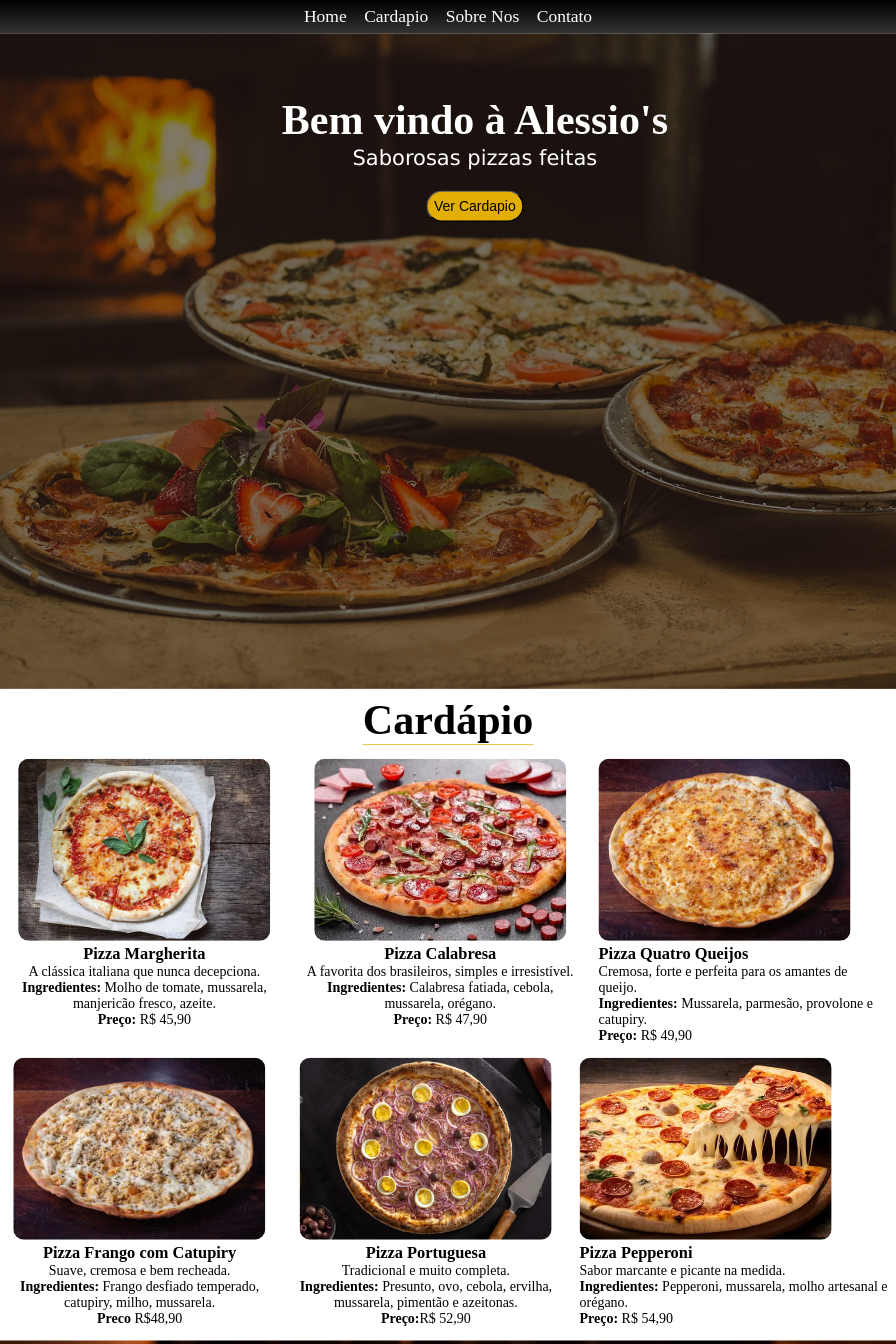
Repository: Mateushlp/landing-page-pizza
Page: index.html
These files come from the project's save history. The page is drawn as it stood at one moment and after a run of saves; the edit follows.
The browser window is 1280 px wide. The pictures show the part of the page from y = 0 to 1920 px (the page is 2788 px tall), at 70% of full size.

Above is the page before, as saved 2026-05-03 10:42:21.

### index.html
<!DOCTYPE html>
<html lang="en">
<head>
    <meta charset="UTF-8">
    <meta name="viewport" content="width=device-width, initial-scale=1.0">
    <link rel="stylesheet" href="style.css">
    <title>Document</title>
</head>
<body>
    <header>
        <nav>
            <ul>
                <li> <a href="http://"> Home</li></a>
                <li> <a href="http://">Cardapio</li></a>
                <li> <a href="http://">Sobre Nos</li></a>
                <li> <a href="http://">Contato</li></a>
            </ul>
        </nav>
    </header>

    <section class="inicio">
        <div class="texto">
        <h1>Bem vindo à Alessio's</h1>
        <p>Saborosas pizzas feitas </p>
        <button class="btn1">Ver Cardapio</button>
        </div>
    </section>

    <section class="cardapio">
        <h2 class="cardapio1">Cardápio</h2>
    </section>

    <div class="prato">
        <div class="pratos1">
            <img src="./img/margherita-pizza.jpg" alt="">
            <h3>Pizza Margherita</h3>
            <p> A clássica italiana que nunca decepciona. <br>
          <strong>Ingredientes:</strong>  Molho de tomate, mussarela, manjericão fresco, azeite. <br>
        <strong>Preço:</strong> R$ 45,90
    </p>
        </div>
            <div class="pratos2">
                <img src="./img/3140217-pizza-calabresa.jpg" alt="">
                <h3>Pizza Calabresa</h3>
                <p>A favorita dos brasileiros, simples e irresistível. <br>
                <strong>Ingredientes:</strong> Calabresa fatiada, cebola, mussarela, orégano. <br>
                    <strong>Preço:</strong> R$ 47,90
            </p>
            </div>
                <div class="pratos3">
                    <img src="./img/Quatro-Queijos.jpg" alt="">
                    <h3>Pizza Quatro Queijos</h3>
                    <p>Cremosa, forte e perfeita para os amantes de queijo. <br>
                    <strong>Ingredientes:</strong>  Mussarela, parmesão, provolone e catupiry. <br>
                        <strong>Preço: </strong>R$ 49,90
                </p>
                </div>
                </div>

                <div class="prato2">
                <div class="pratos1">
                    <img src="./img/Frango-com-Catupiry-2.jpg" alt="">
                    <h3>Pizza Frango com Catupiry</h3>
                    <p>Suave, cremosa e bem recheada. <br>
                   <strong>Ingredientes:</strong> Frango desfiado temperado, catupiry, milho, mussarela. <br>
                   <strong>Preco </strong> R$48,90
                </p>
                </div>
                <div class="pratos2">
                    <img src="./img/pizza-portuguesa.jpg" alt="">
                    <h3>Pizza Portuguesa</h3>
                    <p>Tradicional e muito completa. <br>
                   <strong>Ingredientes:</strong>  Presunto, ovo, cebola, ervilha, mussarela, pimentão e azeitonas. <br>
                    <strong>Preço:</strong>R$ 52,90
                </p>
                </div>
                <div class="pratos3">
                    <img src="./img/the-pepperoni-pizza-and-a-piece-of-streched-cheese-pizza-with-ai-generated-free-photo.jpg" alt="">
                    <h3>Pizza Pepperoni</h3>
                    <p>Sabor marcante e picante na medida. <br>
                  <strong>Ingredientes:</strong>   Pepperoni, mussarela, molho artesanal e orégano. <br>
                <strong>Preço:</strong> R$ 54,90</p>

                </div>
                </div>
                </div>




    <section class="sobre">
        <div class="sobre1">
        <h2>Sobre nos</h2>
        <p>Nossa pizzaria e dedicada a criar as melhores pizzas do mundo com ingrendientes frescos e receitas exclusivas</p>
    </div>
    </section>

<section id="contato" class="contato">
    <h2>Contato</h2>

    <div class="contato-info">
        <div class="box">
            <h3>Telefone</h3>
            <p>(35) 99744-0140</p>
        </div>

        <div class="box">
            <h3>Endereço</h3>
            <p>Rua Tal Tal, Nº 123 , Centro , Lavras/MG</p>
        </div>

        <div class="box">
            <h3>Email</h3>
            <p>mateus@gmail.com</p>
        </div>
            <div class="box">
                <h3>Hórario de Funcionamento</h3>
                <p>Segunda a Sábado 11h00 às 23h00 - Domingo: 16h00 às 23H00</p>
            </div>
    </div>
</section>
        <div class="pedir">
        <button class="btn2">Peca Agora Mesmo!</button>
        </div>


    <footer>
        <h2>&copy; 2025 Alessio's Pizzaria</h2>
    </footer>

</body>
</html>

### style.css
*{
    margin:0;
    padding: 0;
    box-sizing: border-box;
}

nav ul {
    display: flex;
    gap: 25px;
    list-style: none;
    justify-content: center;
    font-size: 25px;
    padding: 10px;
     background: linear-gradient(to bottom, rgb(00, 0, 0), rgba(0,0,0,0.8));
}

nav ul a{
    text-decoration: none;
    color: #fff;
    margin-top: 10px;
}

nav ul a:hover{
    border-radius: 20px;
    background-color: black;
    color: #af8600;
}

.inicio{
     background:
        linear-gradient(rgba(0,0,0,0.5), rgba(0,0,0,0.5)),
        url(./img/background-meio.jpg);
    background-size: cover;
    background-position: center;
    height: 130vh;
}

.texto{
    display: flex;
    flex-direction: column;
    align-items: center;
    color: #fff;
    padding-top: 7%;
    padding-left: 6%;
    font-size: 40px;
}
.texto p{
    font-family: 'Lucida Sans', 'Lucida Sans Regular', 'Lucida Grande', 'Lucida Sans Unicode', Geneva, Verdana, sans-serif;
    font-size: 30px;

}
.btn1{
 background-color: #e2ae01;
 border-radius: 30px;
 font-size: 20px;
 margin-top: 30px;
 padding: 9px;
 cursor:pointer;
}
.cardapio{
    text-align: center;
    padding: 10px;
    font-size: 40px;
}
.cardapio1{
    display: inline-block;
    border-bottom: 1px solid #e2ae01;
}
.prato{
    margin: 10px;
    display: flex;
    gap: 30px;
    font-size: 20px;
    margin-bottom: 20px;
}

.prato2{
    margin: 10px;
    display: flex;
    gap: 30px;
    font-size: 20px;
    margin-bottom: 20px;
}


.prato img,
.prato2 img {
    width: 50vh;
    height: 260px;
    object-fit: cover;
    border-radius: 15px;
}
.pratos1,
.pratos2 {
    width: 35%;
    text-align: center;
}

.sobre{
    background-image: url(./img/background.jpg);
    background-size: cover;
    background-position: center;
    height: 50vh;
}
.sobre1{
    display: flex;
    align-items: center;
    padding-top: 40px;
    font-size: 30px;
    flex-direction: column;
    color: #fff;
}
.sobre1 p{
    font-size: 20px;
}

.contato {
    padding: 50px 0;
    text-align: center;
}

.contato-info {
    display: flex;
    justify-content: center;
    gap: 60px;
    margin-top: 20px;
    flex-wrap: wrap;
}

.contato-info .box {

    padding: 20px 30px;
    border-radius: 15px;

}

.contato-info h3 {
    font-size: 24px;
    color: #af8600;
}

.contato-info p {
    font-size: 18px;
    color: #000;
}

.pedir{
    display: flex;
    justify-content: center;
    align-items: center;
    text-align: center;
}
.btn2{
     background-color: #e2ae01;
 border-radius: 30px;
 font-size: 20px;
 margin-bottom: 20px;
 padding: 9px;
 cursor:pointer;

}
footer{
      background-color: #1a1a1a;
      color: #d4af37;
  text-align: center;
  padding: 20px;
  font-size: 14px;
}

After the next 3 saves:
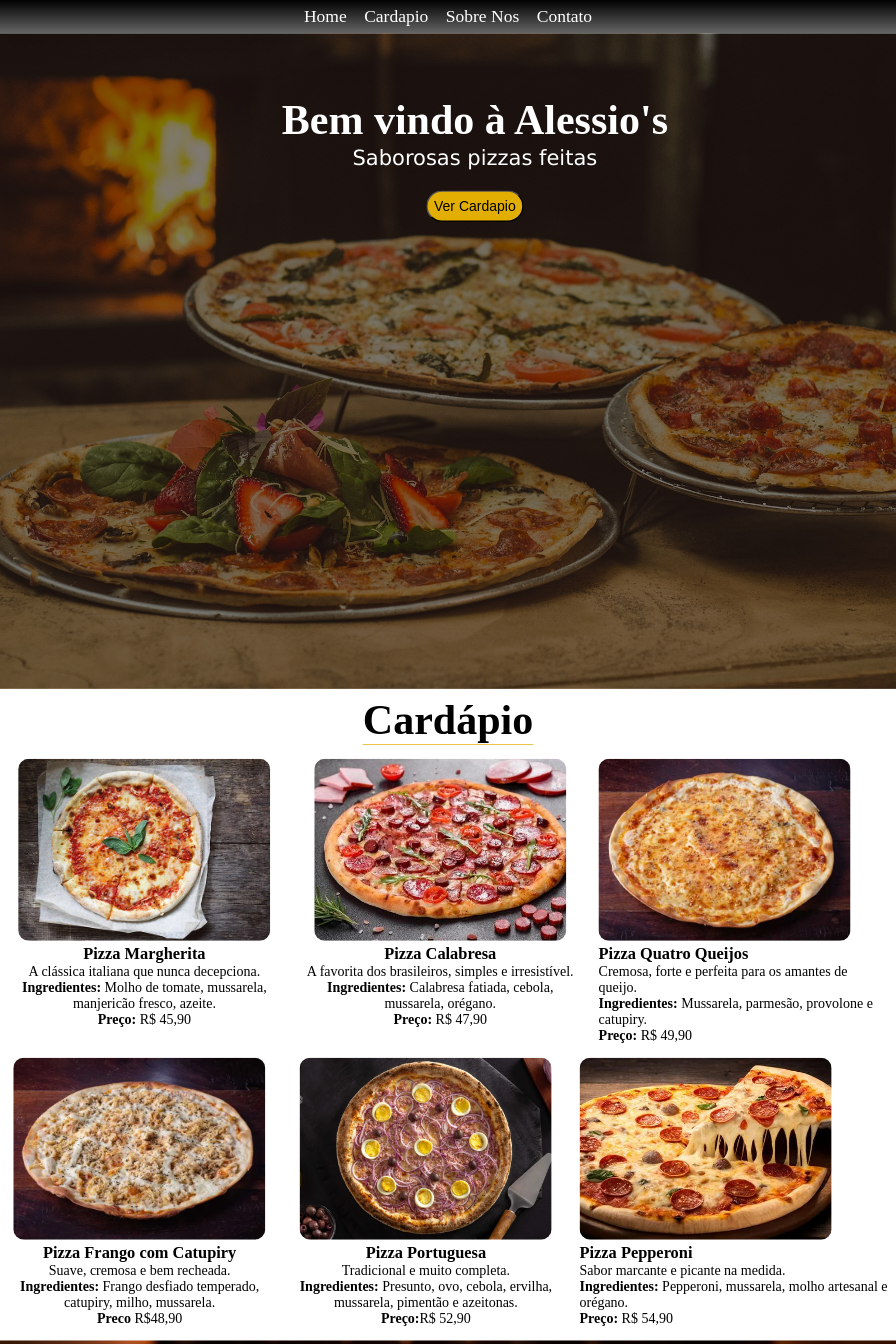
The 3 saves are shown as one change because they came seconds apart.
The last was saved 8 s later.
--- a/style.css
+++ b/style.css
@@ -11,7 +11,7 @@ nav ul {
     justify-content: center;
     font-size: 25px;
     padding: 10px;
-     background: linear-gradient(to bottom, rgb(00, 0, 0), rgba(0,0,0,0.8));
+     background: linear-gradient(to bottom, rgb(00, 0, 0), rgba(0,0,0,0.6));
 }
 
 nav ul a{
